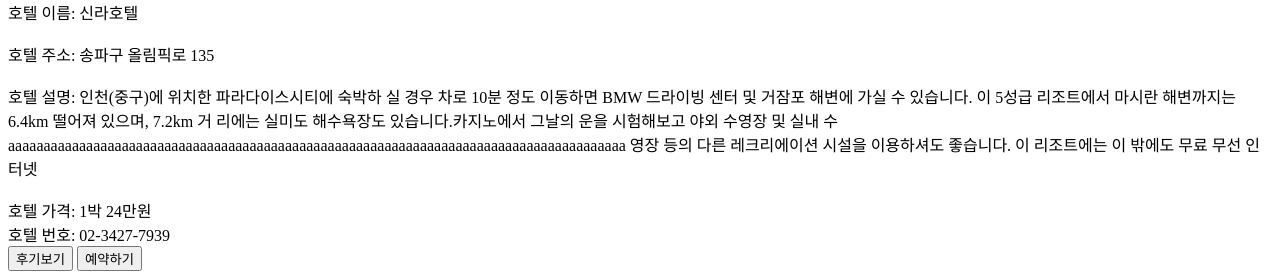
Repository: Wan7939/gotoDomang
Page: http://localhost/gotoDomang/WEB-INF/jsp/hotel/hotel_list.jsp
The author's editor kept a copy of each file at every save. The page is drawn from the files as they stood at one save, then again after the next save.
The browser window is 1280 px wide. The pictures show the part of the page from y = 459 to 954 px (the page is 738 px tall before and 954 px after).
The page is served by Tomcat 9. Nobody is signed in. The template is opened directly, without the code that normally fills it, so the values that code supplies are empty.

Above is the page before, as saved 2021-10-19 12:03:18.

After the next save:
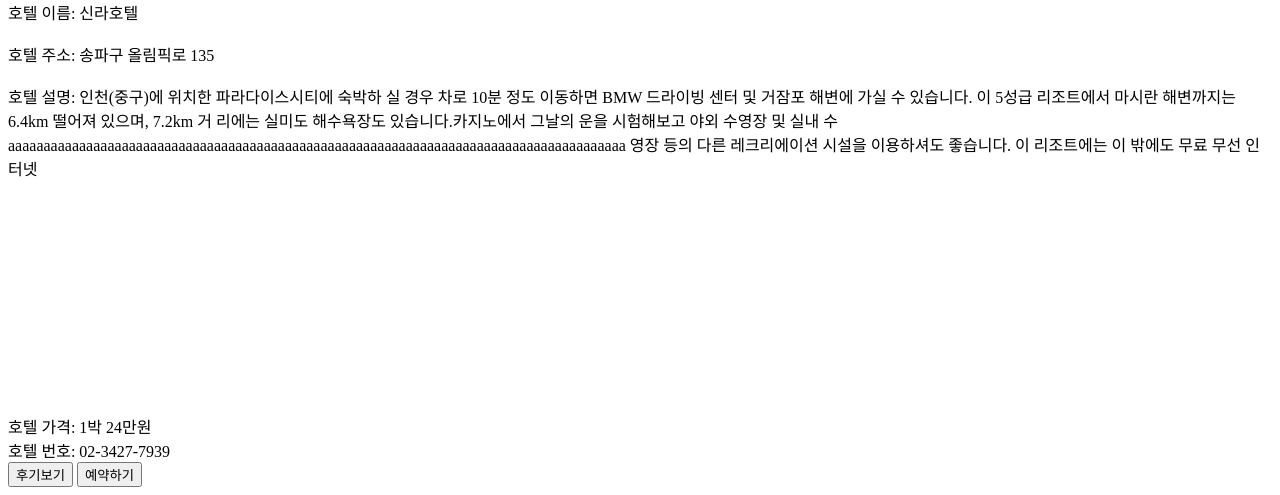
Saved 14 s later.
--- a/gotoDomang/src/main/webapp/WEB-INF/jsp/hotel/hotel_list.jsp
+++ b/gotoDomang/src/main/webapp/WEB-INF/jsp/hotel/hotel_list.jsp
@@ -36,6 +36,7 @@
 					수 있습니다. 이 5성급 리조트에서 마시란 해변까지는 6.4km 떨어져 있으며, 7.2km 거
 					리에는 실미도 해수욕장도 있습니다.카지노에서 그날의 운을 시험해보고 야외 수영장 및 실내 수aaaaaaaaaaaaaaaaaaaaaaaaaaaaaaaaaaaaaaaaaaaaaaaaaaaaaaaaaaaaaaaaaaaaaaaaaaaaaaaaaaaaaaa
 					영장 등의 다른 레크리에이션 시설을 이용하셔도 좋습니다. 이 리조트에는 이 밖에도 무료 무선 인터넷<br><br>
+					<br><br><br><br><br><br><br><br><br><br><br><br>
 					호텔 가격: 1박 24만원<br>
 					호텔 번호: 02-3427-7939<br>
 					</div>

After the save that followed:
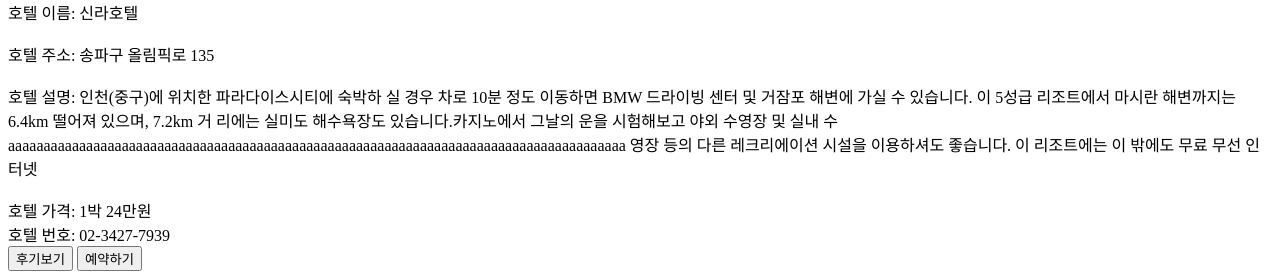
Saved 8 s later.
--- a/gotoDomang/src/main/webapp/WEB-INF/jsp/hotel/hotel_list.jsp
+++ b/gotoDomang/src/main/webapp/WEB-INF/jsp/hotel/hotel_list.jsp
@@ -36,7 +36,6 @@
 					수 있습니다. 이 5성급 리조트에서 마시란 해변까지는 6.4km 떨어져 있으며, 7.2km 거
 					리에는 실미도 해수욕장도 있습니다.카지노에서 그날의 운을 시험해보고 야외 수영장 및 실내 수aaaaaaaaaaaaaaaaaaaaaaaaaaaaaaaaaaaaaaaaaaaaaaaaaaaaaaaaaaaaaaaaaaaaaaaaaaaaaaaaaaaaaaa
 					영장 등의 다른 레크리에이션 시설을 이용하셔도 좋습니다. 이 리조트에는 이 밖에도 무료 무선 인터넷<br><br>
-					<br><br><br><br><br><br><br><br><br><br><br><br>
 					호텔 가격: 1박 24만원<br>
 					호텔 번호: 02-3427-7939<br>
 					</div>
